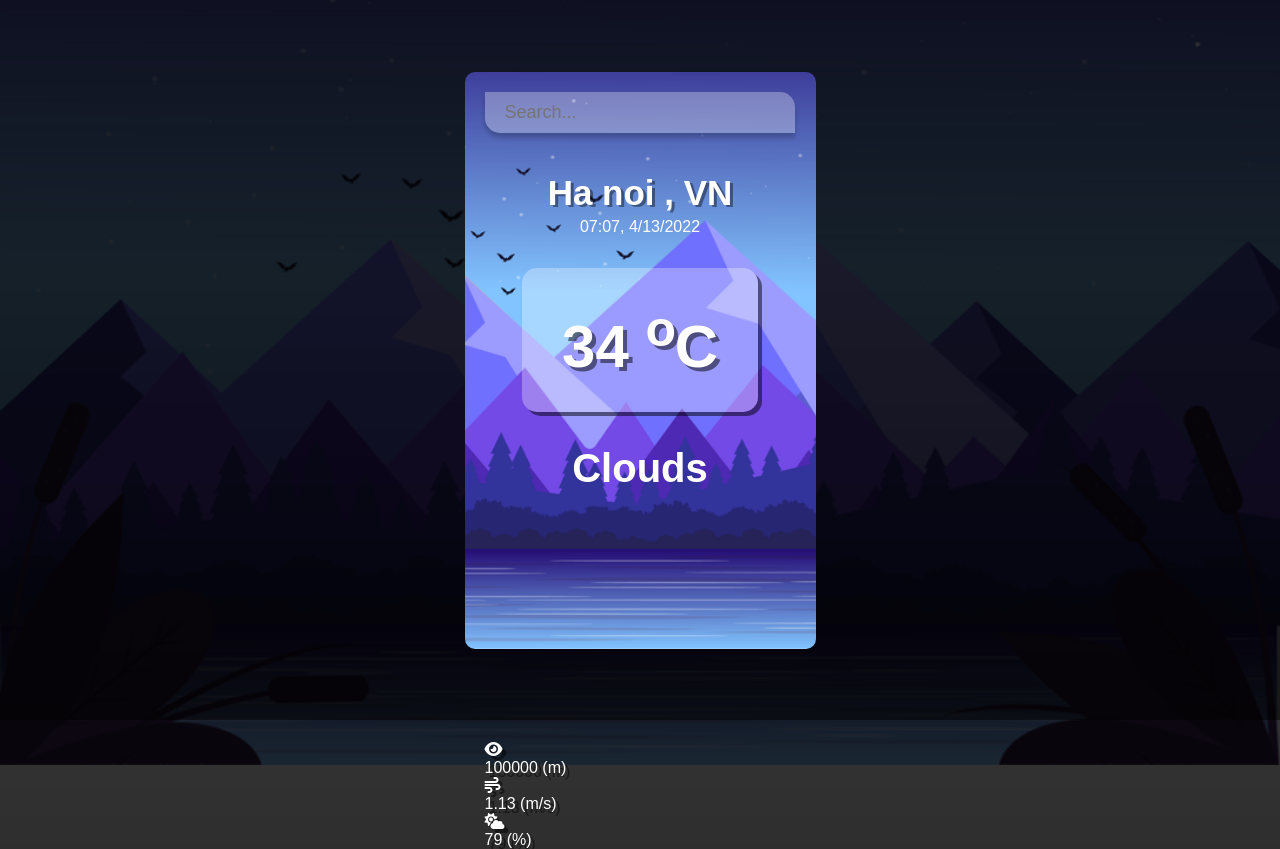
Repository: nganha241/weather-app
Page: index.html
An editor plug-in stored every save of this project. The page is shown before and after the next save, followed by the edit.
The browser window is 1280 px wide. The pictures show the whole page.
Some web libraries are served in a nearby version.

Above is the page before, as saved 2022-04-13 09:51:32.

After the next save:
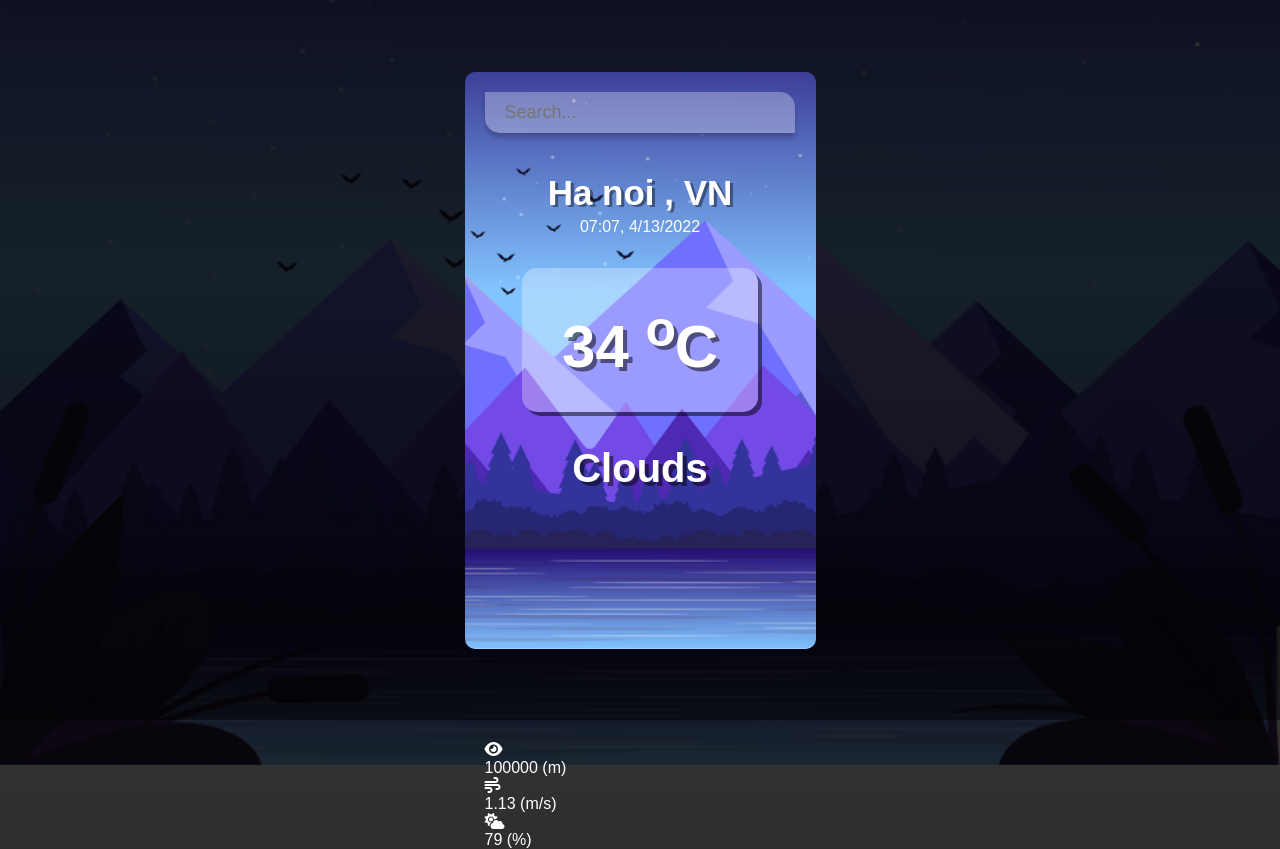
Saved 7 s later.
--- a/style.css
+++ b/style.css
@@ -87,9 +87,10 @@ body {
     margin-top: 210px;
     font-size: 40px;
     font-weight: 700;
+    text-shadow: 4px 4px rgba(0, 0, 0, 0.5) ;
 }
 
 .footer {
     margin-top: 250px;
-    text-shadow: 4px 4px rgba(0, 0, 0, 0.5) ;
+
 }
